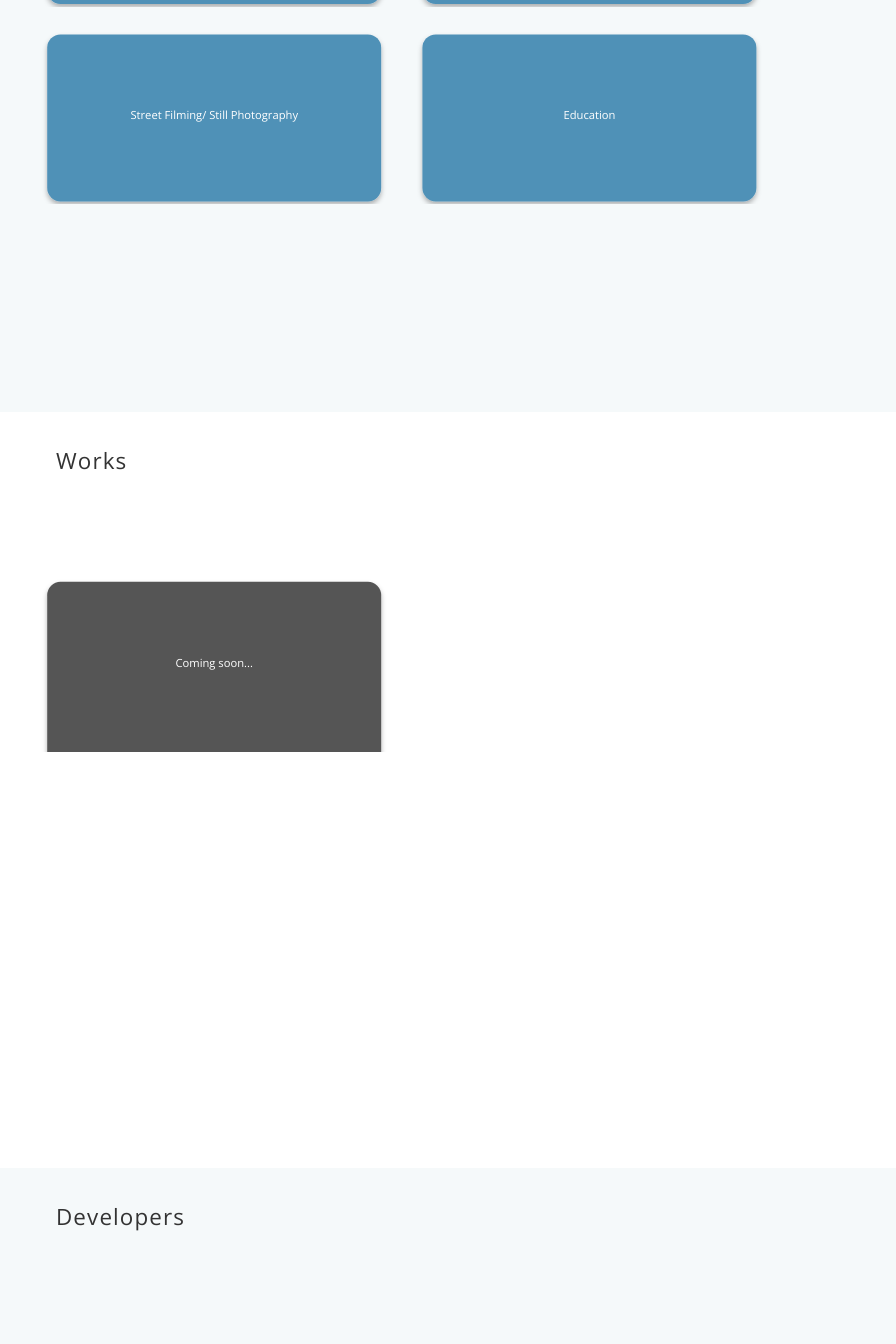
Repository: AirDepot/web
Page: index.html
The author's editor kept a copy of each file at every save. The page is drawn from the files as they stood at one save, then again after the next save.
The browser window is 1280 px wide. The pictures show the part of the page from y = 2651 to 4571 px (the page is 6592 px tall), at 70% of full size.

Above is the page before, as saved 2020-02-12 00:05:13.

After the next save:
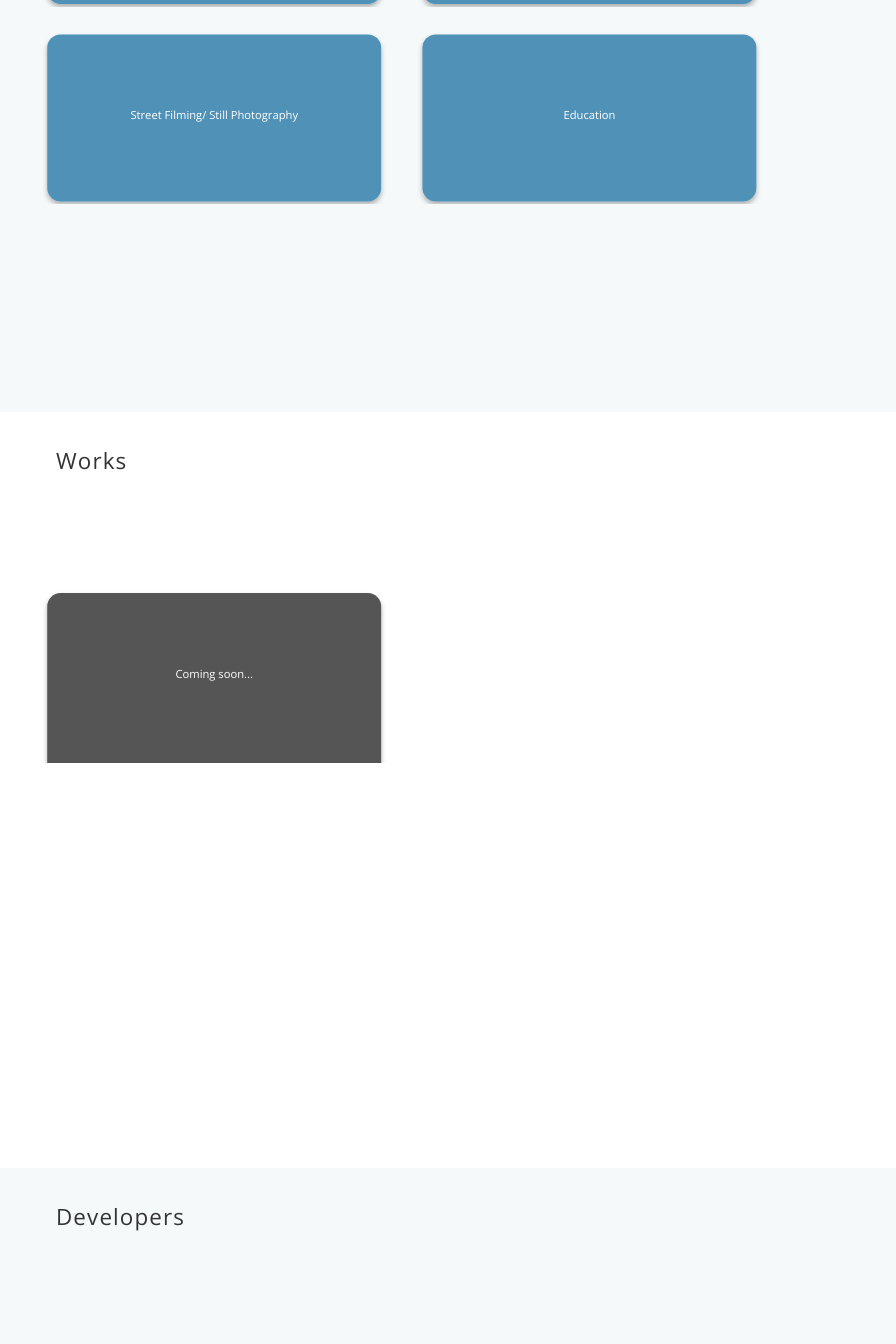
Saved 18 s later.
--- a/assets/css/common.css
+++ b/assets/css/common.css
@@ -154,7 +154,7 @@ p.box {
 }
 
 p.unlaunched {
-    /* display: inline-block; */
+    display: inline-block;
     background-image: url(../img/coming_box_bg.svg);
     background-position: center top;
     background-repeat: no-repeat;
